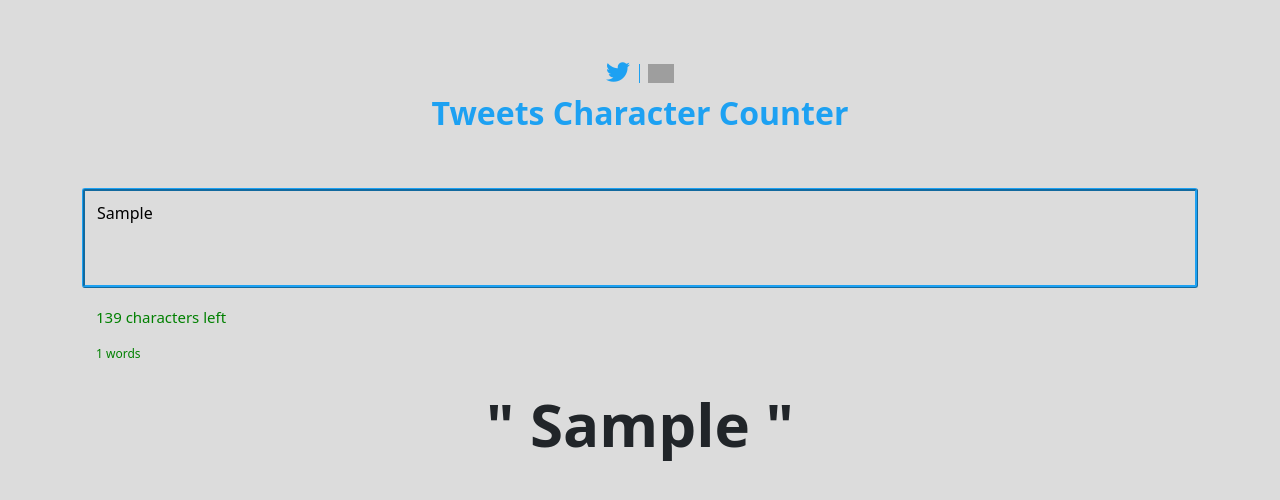
Repository: magmukendi/Tweets-Count
Page: index.html
An editor plug-in stored every save of this project. The page is shown before and after the next save, followed by the edit.
The browser window is 1280 px wide. The pictures show the whole page.
Empty fields were first filled with sample values (such as "Sample", 5 or name@example.com).
After loading, the first visible `#tt` was changed once.
Pictures or frames that could not be fetched are drawn as grey boxes. Some web libraries are served in a nearby version.

Above is the page before, as saved 2022-06-11 17:27:10.

After the next save:
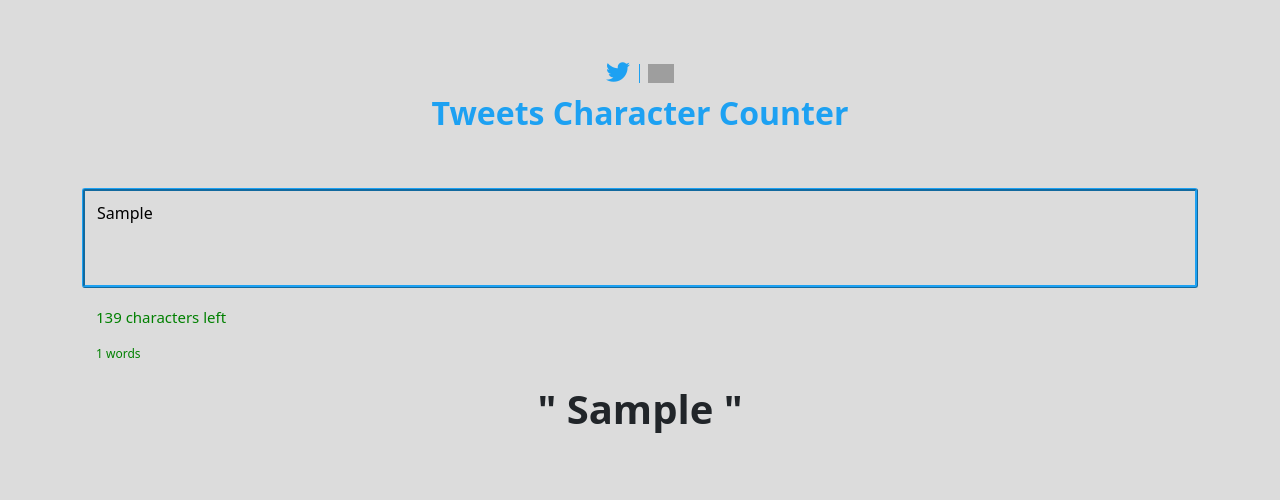
Saved 2 min 49 s later.
--- a/app.js
+++ b/app.js
@@ -40,7 +40,7 @@ function colorChange(){
         if(s.match(char).length <=145/2){
 
                 p.style.color ='green'
-                p.style = 'font-weight:bold; font-size:60px; margin-top:5px; flex-wrap:wrap';
+                p.style = 'font-weight:bold; font-size:40px; margin-top:5px; flex-wrap:wrap';
                 number.style.color = 'green'
                 words.style.color = 'green'
                 p.style.textAlign = 'center'
